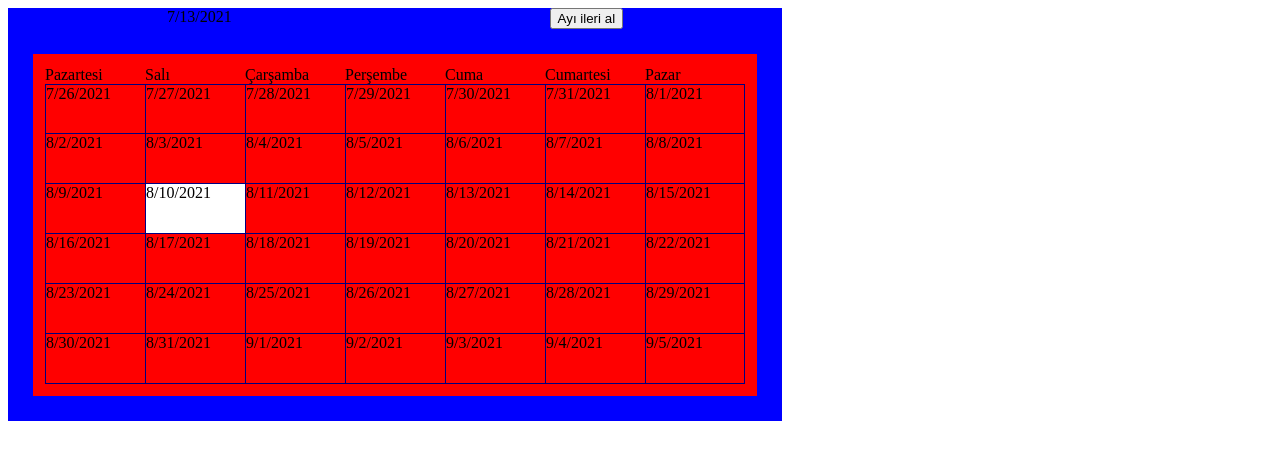
Repository: ahmetbugraozcan/javascript-calendar
Page: tablo.html
The author's editor kept a copy of each file at every save. The page is drawn from the files as they stood at one save, then again after the next save.
The browser window is 1280 px wide. The pictures show the whole page.
After loading, the first visible `button` was clicked once.

Above is the page before, as saved 2021-07-13 10:40:00.

After the next save:
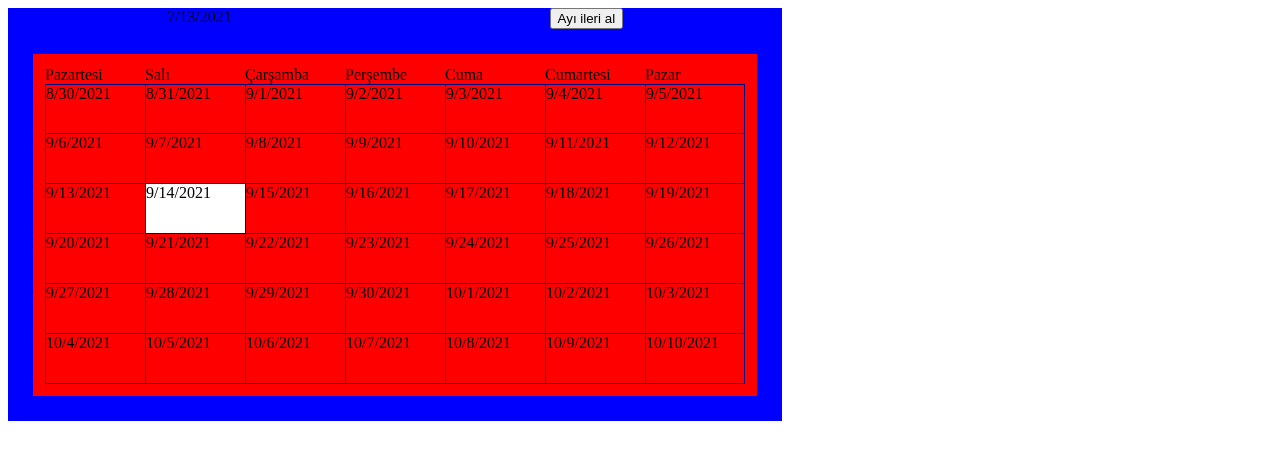
Saved 35 s later.
--- a/tablo.html
+++ b/tablo.html
@@ -250,7 +250,7 @@
             persembe = [];
             cuma = [];
             cumartesi = [];
-            baslanacakDate = new Date(currentDate.getFullYear(),currentDate.getMonth() +1 , 1);
+            baslanacakDate = new Date(currentDate.getFullYear(),baslanacakDate.getMonth() +1 , 1);
             fillCalendar();
 
            }

After the save that followed:
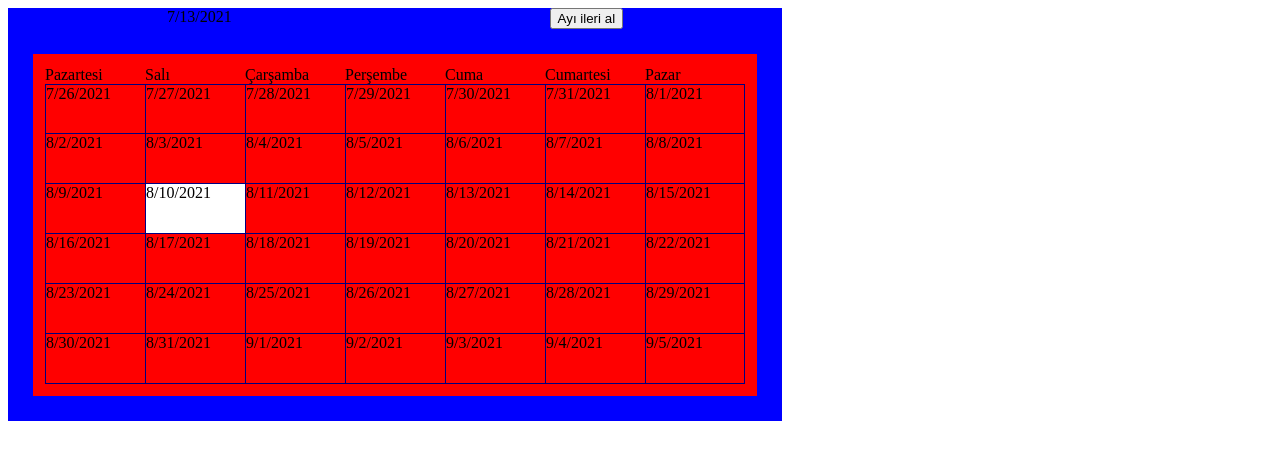
Saved 22 s later.
--- a/tablo.html
+++ b/tablo.html
@@ -250,8 +250,8 @@
             persembe = [];
             cuma = [];
             cumartesi = [];
-            baslanacakDate = new Date(currentDate.getFullYear(),baslanacakDate.getMonth() +1 , 1);
-            fillCalendar();
+            baslanacakDate = new Date(currentDate.getFullYear(),currentDate.getMonth() +1 , 1);
+            fillCalendar()
 
            }
     </script>
